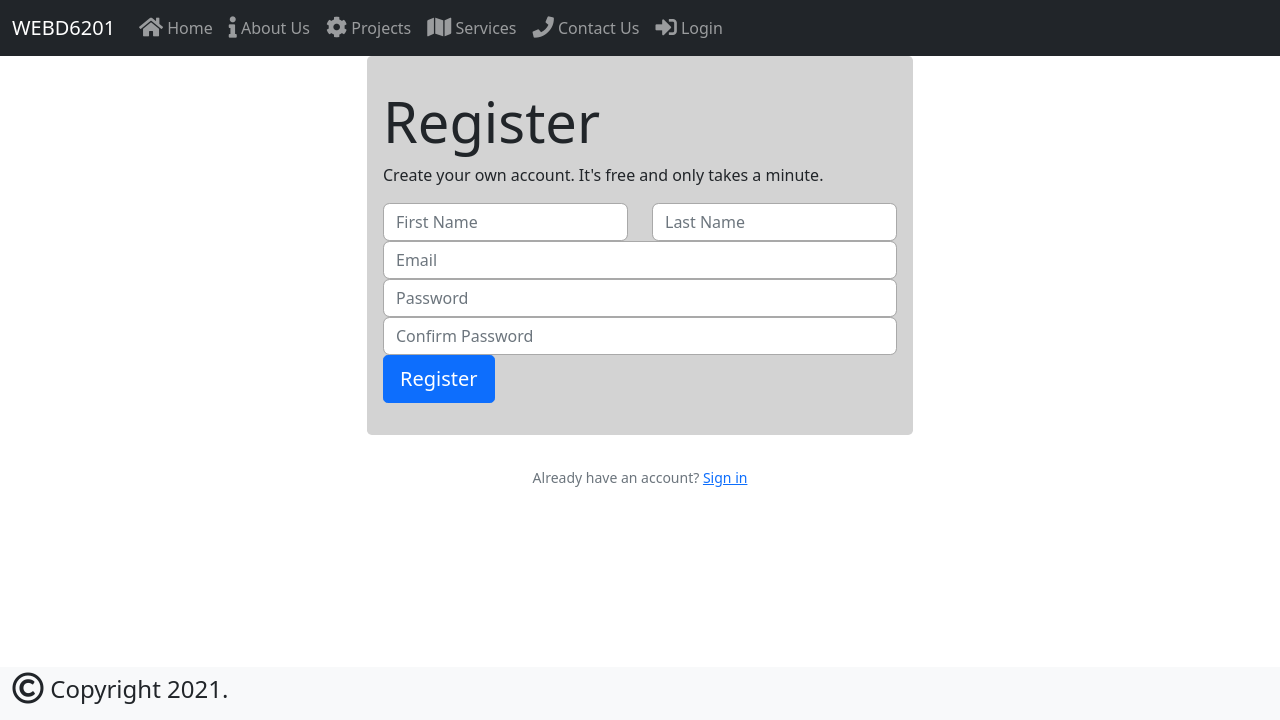
Repository: aphim/webd6201ICE6
Page: Views/content/register.html
These files come from the project's save history. The page is drawn as it stood at one moment and after the next save; the edit follows.
The browser window is 1280 px wide. The pictures show the whole page.

Above is the page before, as saved 2021-03-03 09:02:08.

After the next save:
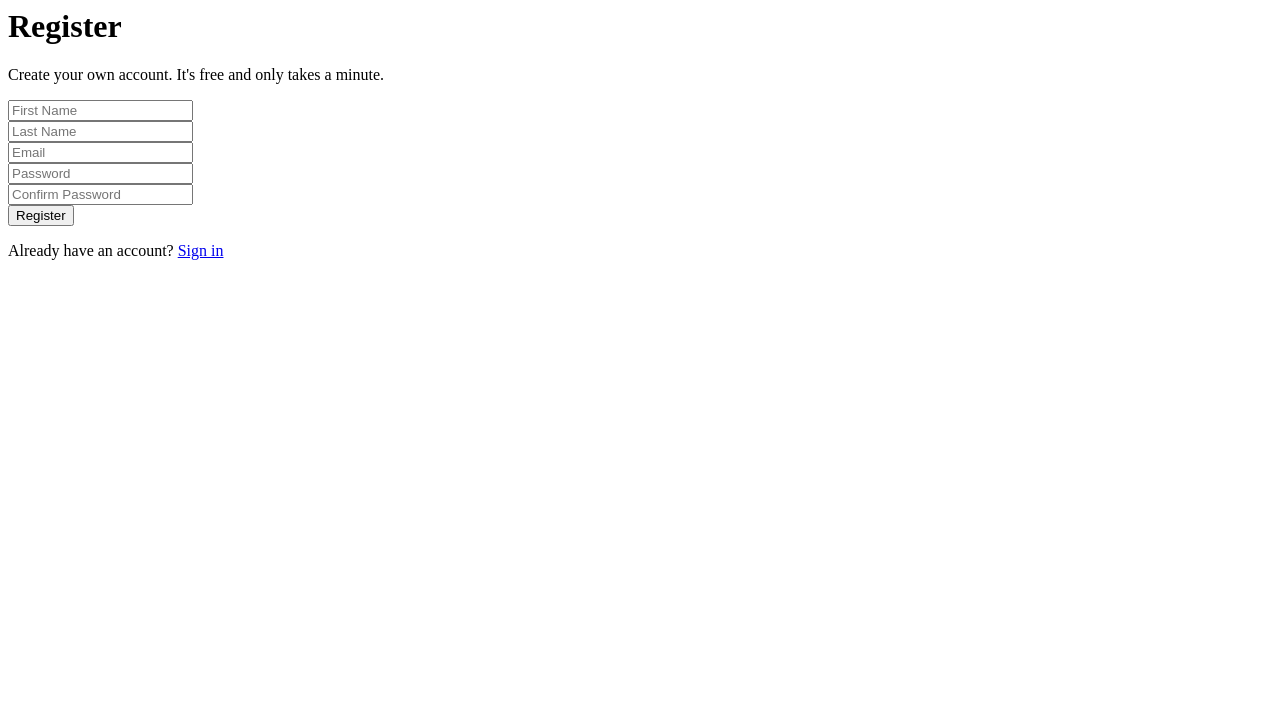
Saved 27 s later.
--- a/Views/content/register.html
+++ b/Views/content/register.html
@@ -1,56 +1,4 @@
-<!DOCTYPE html>
-<html lang="en">
-<head>
-    <meta charset="UTF-8">
-    <meta name="viewport" content="width=device-width, initial-scale=1.0">
-    <title>Register</title>
-    <!-- CSS Section -->
-    <link rel="stylesheet" href="./node_modules/bootstrap/dist/css/bootstrap.min.css">
-    <link rel="stylesheet" href="./node_modules/@fortawesome/fontawesome-free/css/all.min.css">
-    <link rel="stylesheet" href="./Content/app.css">
-</head>
-<body>
-    <!-- Main Header -->
-    <header>
-        <!-- Main Navigation -->
-        <nav class="navbar navbar-expand-lg navbar-dark bg-dark">
-            <div class="container-fluid">
-              <a class="navbar-brand" href="index.html">WEBD6201</a>
-              <button class="navbar-toggler" type="button" data-bs-toggle="collapse" data-bs-target="#navbarSupportedContent" aria-controls="navbarSupportedContent" aria-expanded="false" aria-label="Toggle navigation">
-                <span class="navbar-toggler-icon"></span>
-              </button>
-              <div class="collapse navbar-collapse" id="navbarSupportedContent">
-                <ul class="navbar-nav me-auto mb-2 mb-lg-0">
-                  <li class="nav-item">
-                    <a class="nav-link" aria-current="page" href="index.html"><i class="fas fa-home fa-lg"></i> Home</a>
-                  </li>
 
-                  <li class="nav-item">
-                    <a class="nav-link" aria-current="page" href="about.html"><i class="fas fa-info fa-lg"></i> About Us</a>
-                  </li>
-
-                  <li class="nav-item">
-                    <a class="nav-link" aria-current="page" href="projects.html"><i class="fas fa-cog fa-lg"></i> Projects</a>
-                  </li>
-
-                  <li class="nav-item">
-                    <a class="nav-link" aria-current="page" href="services.html"><i class="fas fa-map fa-lg"></i> Services</a>
-                  </li>
-
-                  <li class="nav-item">
-                    <a class="nav-link" aria-current="page" href="contact.html"><i class="fas fa-phone fa-lg"></i> Contact Us</a>
-                  </li>
-
-                  <li id="login" class="nav-item">
-                    <a class="nav-link" aria-current="page" href="login.html"><i class="fas fa-sign-in-alt fa-lg"></i> Login</a>
-                  </li>
-                </ul>
-              </div>
-            </div>
-          </nav>
-    </header>
-
-    <!-- Main Content -->
     <main class="container" id="mainContent">
       <div class="row">
           <div class="offset-md-3 col-md-6 col-sm-12">
@@ -116,23 +64,3 @@
                 </p>
           </div>
       </div>
-  </main>
-
-    <!-- Main Footer -->
-    <footer>
-        <nav class="navbar fixed-bottom navbar-light bg-light">
-            <div class="container-fluid">
-              <h4><i class="far fa-copyright fa-lg"></i> Copyright 2021.</h4>
-            </div>
-          </nav>
-    </footer>
-
-    <!-- Script Section-->
-    <script src="./node_modules/jquery/dist/jquery.min.js"></script>
-    <script src="./node_modules/bootstrap/dist/js/bootstrap.bundle.min.js"></script>
-
-    <script src="./Scripts/namespace.js"></script>
-    <script src="./Scripts/user.js"></script>
-    <script src="./Scripts/app.js"></script>
-</body>
-</html>
